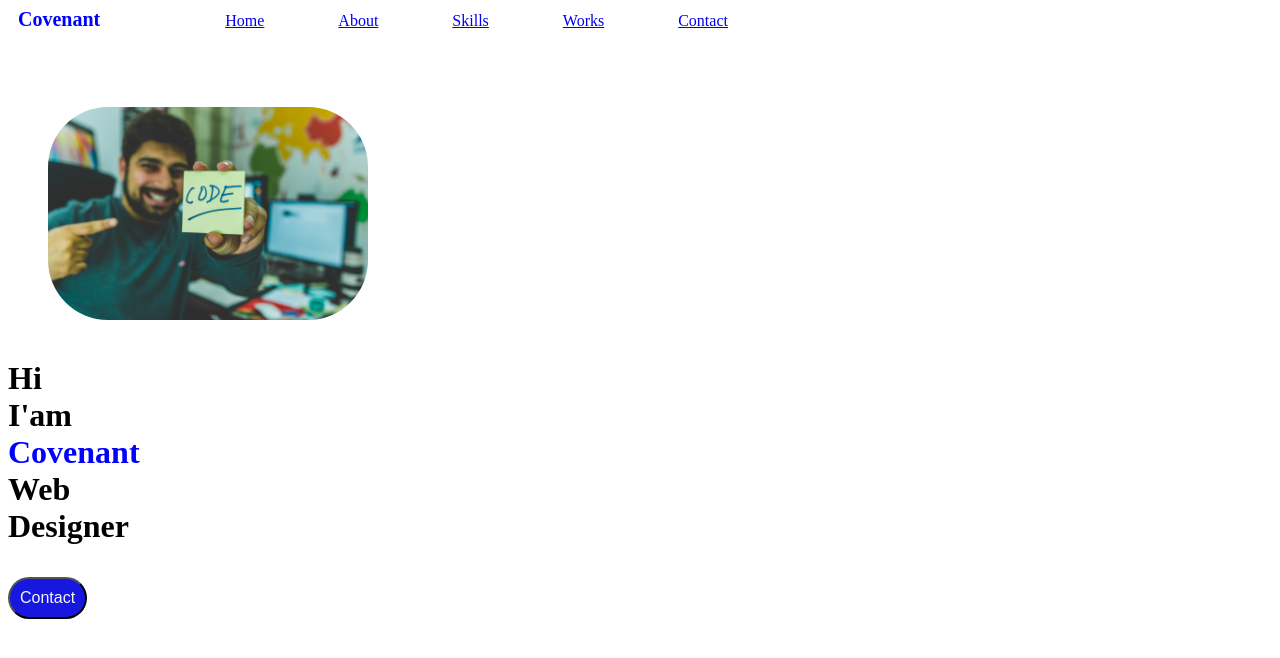
Repository: Tobby004/bdc-assignment-1
Page: index.html
An editor plug-in stored every save of this project. The page is shown before and after the next save, followed by the edit.
The browser window is 1280 px wide. The pictures show the whole page.

Above is the page before, as saved 2023-02-09 10:29:56.

After the next save:
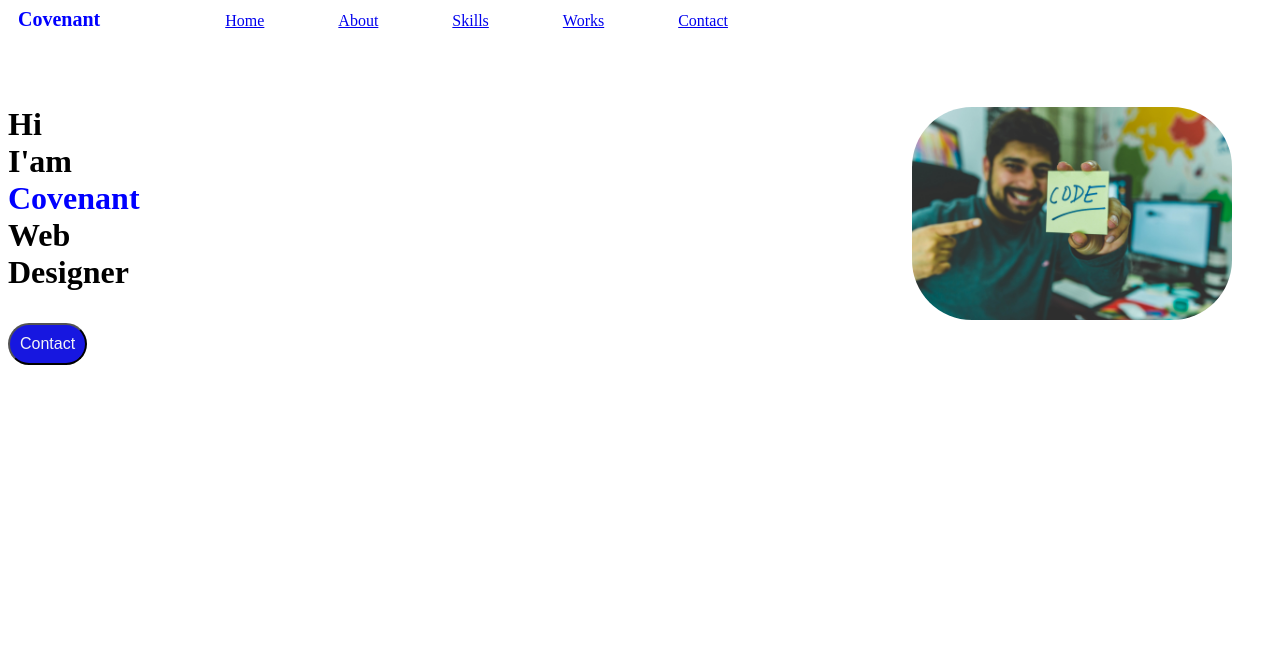
Saved 51 s later.
--- a/task.css
+++ b/task.css
@@ -25,7 +25,6 @@ img{
     width: 400px;
     padding: 40px;
     float: right;
-    float: inline-start;
     border-radius: 100px;
     border-width: 20%;
 }
